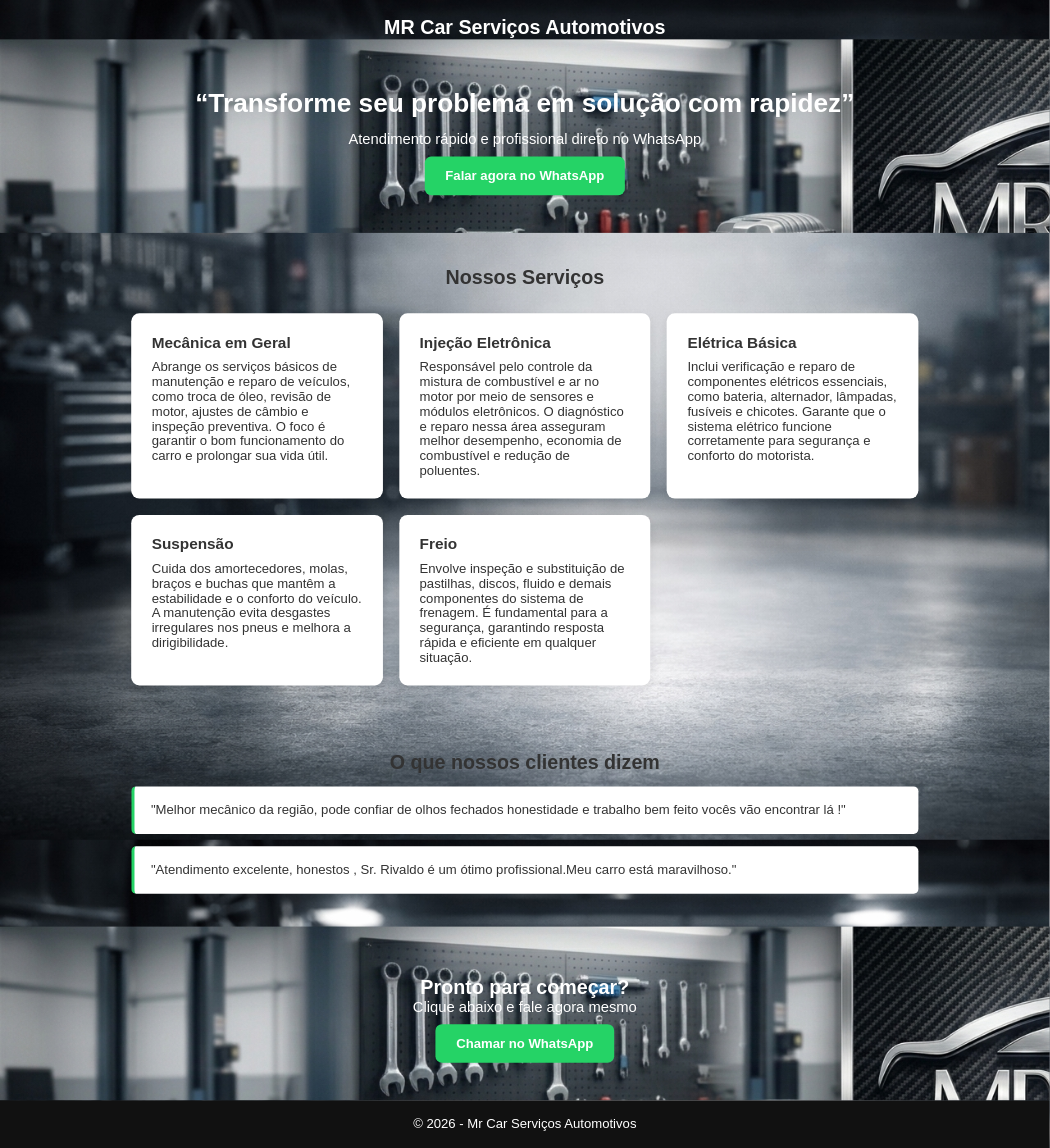
Repository: templaterj1991-Luiz/Main
Page: Template/index.html
These files come from the project's save history. The page is drawn as it stood at one moment and after the next save; the edit follows.
The browser window is 1280 px wide. The pictures show the whole page, at 82% of full size.
Backgrounds fixed to the window are drawn as part of the page.

Above is the page before, as saved 2026-06-06 13:50:04.

### Template/index.html
<!DOCTYPE html>
<html lang="pt-BR">

<head>
    <meta charset="UTF-8">
    <meta name="viewport" content="width=device-width, initial-scale=1.0">
    <title>Mr Car Serviços Automotivos</title>
    <style>
        * {
            margin: 0;
            padding: 0;
            box-sizing: border-box;
            font-family: 'Arial', sans-serif;
        }

        body {
            background-image:url(../Template/assests/image_17807634293247997762059382456069.jpeg);
            color: #333;
        }

        header {
            background: transparent;
    color: #fff;
    padding: 20px 20px 0 20px; /* Ajustado o padding */
    text-align: center;
        }

        .hero {
            padding: 60px 20px;
            text-align: center;
            background-image: url(../Template/assests/Gemini_Generated_Image_hhrxh3hhrxh3hhrx.png);
            color: white;
        }

        .hero h1 {
            font-size: 32px;
            margin-bottom: 15px;
        }

        .hero p {
            font-size: 18px;
            margin-bottom: 25px;
        }

        .btn {
            background: #25D366;
            color: white;
            padding: 15px 25px;
            border-radius: 8px;
            text-decoration: none;
            font-weight: bold;
            transition: 0.3s;
        }

        .btn:hover {
            background: #1ebe5d;
        }

        .container {
            max-width: 1000px;
            margin: auto;
            padding: 40px 20px;
        }

        .grid {
            display: grid;
            grid-template-columns: repeat(auto-fit, minmax(250px, 1fr));
            gap: 20px;
        }

        .card {
            background: white;
            padding: 25px;
            border-radius: 10px;
            box-shadow: 0 4px 10px rgba(0, 0, 0, 0.08);
        }

        .card h3 {
            margin-bottom: 10px;
        }

        .testimonial {
            background: #fff;
            padding: 20px;
            border-left: 4px solid #25D366;
            margin-top: 15px;
            border-radius: 6px;
        }

        footer {
            text-align: center;
            padding: 20px;
            background: #111;
            color: white;

        }
    </style>
</head>

<body>
    <header>
        <h2>MR Car Serviços Automotivos</h2>
    </header>
    <section class="hero">
        <h1>“Transforme seu problema em solução com rapidez”</h1>
        <p>Atendimento rápido e profissional direto no WhatsApp</p> <a class="btn" href="https://wa.me/5521983543090"
            target="_blank"> Falar agora no WhatsApp </a>
    </section>
    <section class="container">
        <h2 style="text-align:center; margin-bottom:30px;">Nossos Serviços</h2>
        <div class="grid">
            <div class="card">
                <h3>Mecânica em Geral</h3>
                <p>Abrange os serviços básicos de manutenção e reparo de veículos, como troca de óleo, revisão de motor, ajustes de câmbio e inspeção preventiva. O foco é garantir o bom funcionamento do carro e prolongar sua vida útil.</p>
            </div>
            <div class="card">
                <h3>Injeção Eletrônica </h3>
                <p>Responsável pelo controle da mistura de combustível e ar no motor por meio de sensores e módulos eletrônicos. O diagnóstico e reparo nessa área asseguram melhor desempenho, economia de combustível e redução de poluentes.</p>
            </div>
            <div class="card">
                <h3>Elétrica Básica</h3>
                <p>Inclui verificação e reparo de componentes elétricos essenciais, como bateria, alternador, lâmpadas, fusíveis e chicotes. Garante que o sistema elétrico funcione corretamente para segurança e conforto do motorista.</p>
            </div>
             <div class="card">
                <h3>Suspensão</h3>
                <p>Cuida dos amortecedores, molas, braços e buchas que mantêm a estabilidade e o conforto do veículo. A manutenção evita desgastes irregulares nos pneus e melhora a dirigibilidade.</p>
            </div>
             <div class="card">
                <h3>Freio</h3>
                <p>Envolve inspeção e substituição de pastilhas, discos, fluido e demais componentes do sistema de frenagem. É fundamental para a segurança, garantindo resposta rápida e eficiente em qualquer situação.</p>
            </div>
        </div>
    </section>
    <section class="container">
        <h2 style="text-align:center;">O que nossos clientes dizem</h2>
        <div class="testimonial"> "Melhor mecânico da região, pode confiar de olhos fechados honestidade e trabalho bem feito vocês vão encontrar lá !" </div>
        <div class="testimonial"> "Atendimento excelente, honestos , Sr. Rivaldo é um ótimo profissional.Meu carro está maravilhoso." </div>
    </section>
    <section class="hero">
        <h2>Pronto para começar?</h2>
        <p>Clique abaixo e fale agora mesmo</p> <a class="btn" href="https://wa.me/5521983543090" target="_blank"> Chamar no
            WhatsApp </a>
    </section>
    <footer>
        <p>© 2026 - Mr Car Serviços Automotivos</p>
    </footer>
</body>

</html>

After the next save:
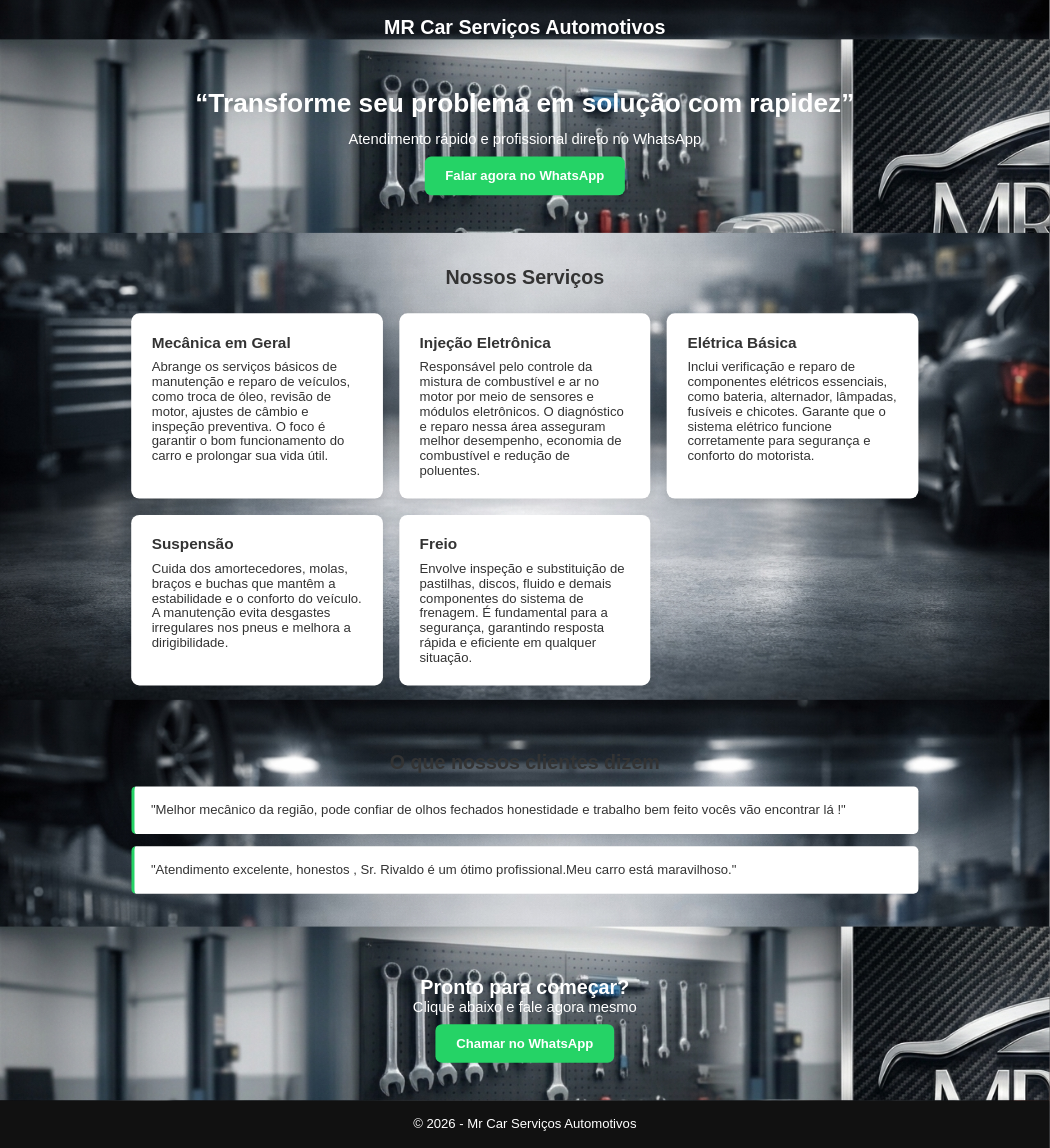
Saved 13 s later.
--- a/Template/index.html
+++ b/Template/index.html
@@ -15,7 +15,12 @@
 
         body {
             background-image:url(../Template/assests/image_17807634293247997762059382456069.jpeg);
-            color: #333;
+            background-position: center center;
+    background-repeat: no-repeat;
+    background-size: cover;
+    background-attachment: fixed;
+    min-height: 100vh;
+    color: #333;
         }
 
         header {
